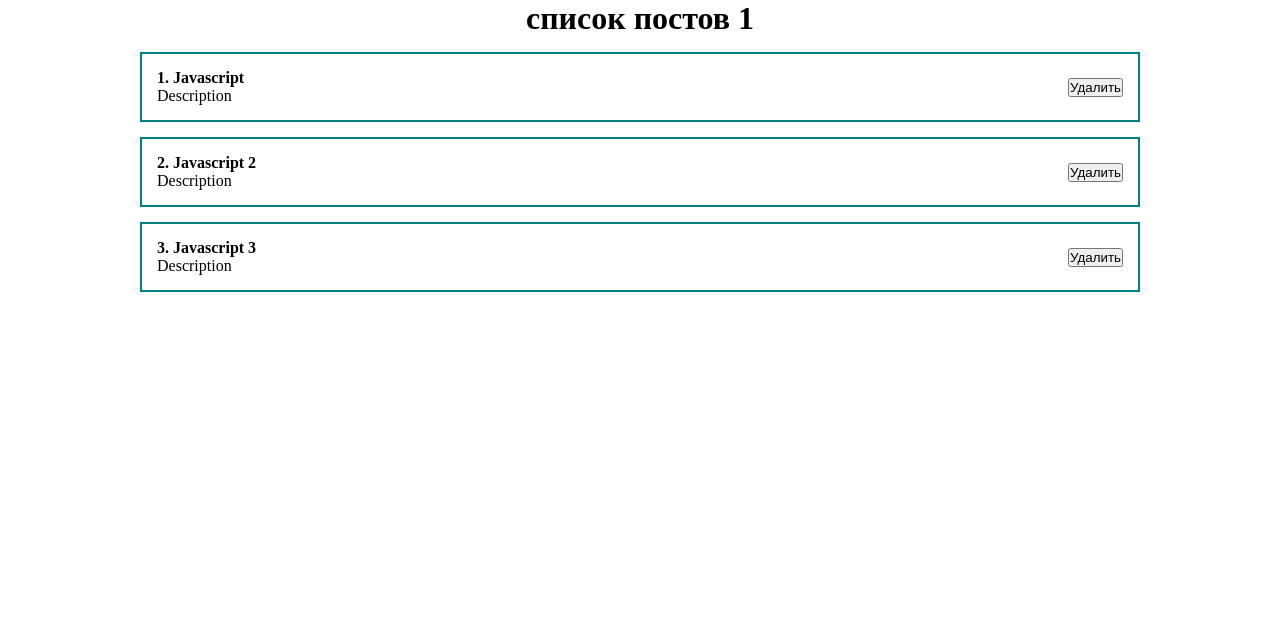
Repository: otvertka/ulb
Page: /
An editor plug-in stored every save of this project. The page is shown before and after the next save, followed by the edit.
The browser window is 1280 px wide. The pictures show the whole page.
The project was rebuilt for these pictures with package versions that can differ from the ones it lists, and the page was loaded fresh each time. Also part of the build but not shown: src/components/Counter.jsx, src/components/ClassCounter.jsx.

Above is the page before, as saved 2023-06-10 13:16:00.

After the next save:
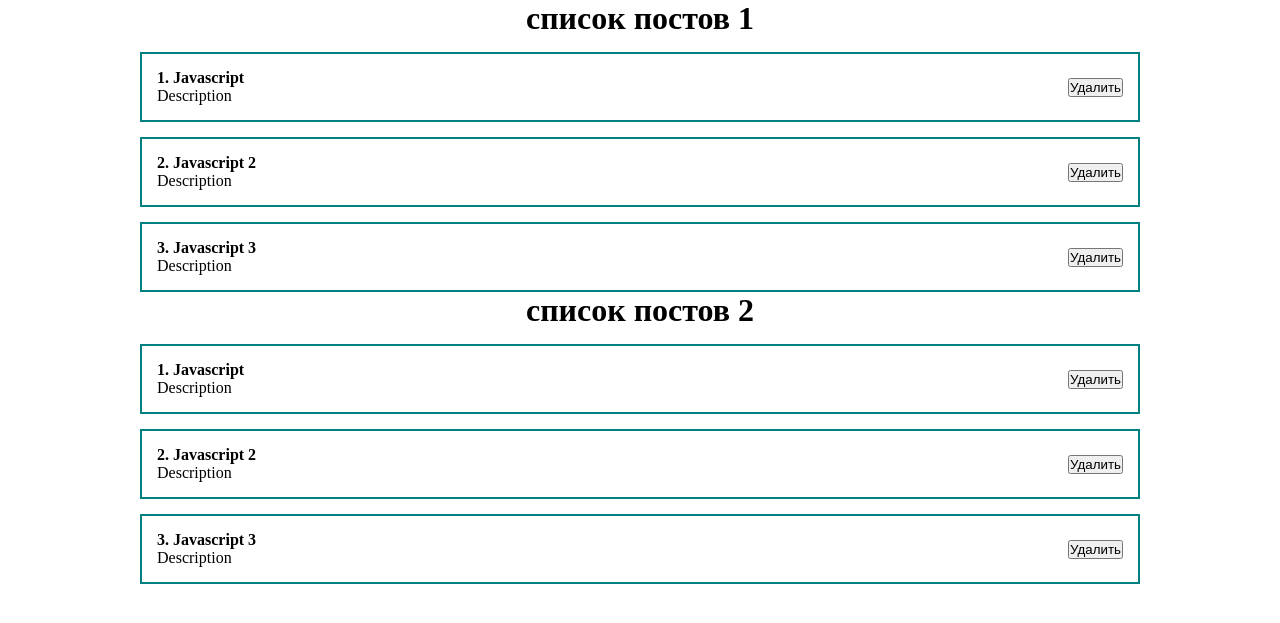
Saved 12 min 55 s later.
--- a/src/App.js
+++ b/src/App.js
@@ -20,6 +20,7 @@ function App() {
   return (
     <div className="App">
       <PostList posts={posts} title="список постов 1" />
+      <PostList posts={posts} title="список постов 2" />
     </div>
   );
 }
